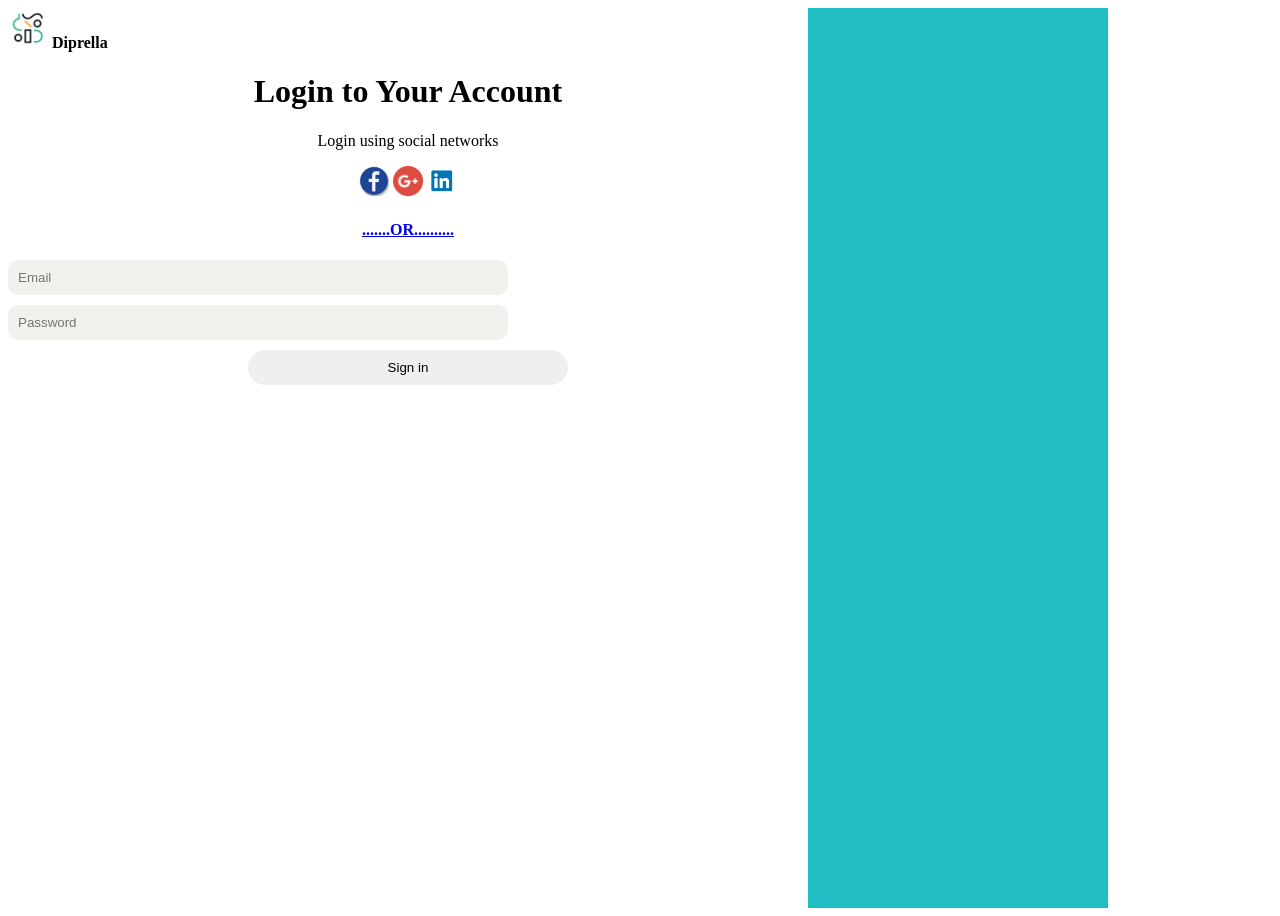
Repository: Tobby004/bdc-assignment-3
Page: task.html
The author's editor kept a copy of each file at every save. The page is drawn from the files as they stood at one save, then again after the next save.
The browser window is 1280 px wide. The pictures show the whole page.

Above is the page before, as saved 2023-02-22 00:38:51.

### task.html
<!DOCTYPE html>
<html lang="en">
<head>
    <meta charset="UTF-8">
    <meta http-equiv="X-UA-Compatible" content="IE=edge">
    <meta name="viewport" content="width=device-width, initial-scale=1.0">
    <title>Document</title>
    <link rel="stylesheet" href="task.css">
</head>
<body>
    <div class="container">
        <div class="box1">
        <header id="logo"><img src="diprella.JPG"height="40px">
        <b>Diprella</b></header>
        <h1>Login to Your Account</h1>
        <p>Login using social networks</p>
        <div class="logo">
        <a href="#"><img src="facebook.png"</a>
        <a href="#"><img src="googe plus.png"</a>
        <a href="#"><img src="linkedin.png"</a>
        </div>
        <h4>.......OR..........</h4>
        <div class="form-input">
        <input type="text" placeholder="Email">
        <input type="Password" placeholder="Password">
        <center><button>Sign in</button></center>
        </div>
        </div>
        <div class="box2"></div>
    </div>
</body>
</html>

### task.css
* {
    box-sizing: border-box;
}
.container{
    display: flex;
}
.box1 {
    background-color: white;
    height: 900px;
    width: 800px;
}
.box2{
    background-color: #20bdc2;
    height: 900px;
    width: 300px;
}
h1 {
    text-align: center;
}
p {
    text-align: center;
}
.logo img {
    height: 30px;
    text-align: center;
}
.logo a {
    text-decoration: none;
}
div .logo {
    text-decoration: none;
    text-align: center;
}
h4 {
    text-align: center;
}
.box1 input {
max-width: 500px;
width: 100%;
margin-left: auto;
margin-right: auto;

}
input  {
  background-color: rgb(241, 241, 238);
   border: none;
   margin-bottom: 10px;
   border-radius: 10px;
   border-bottom: 10px;
   padding: 10px;
   width: 60%

}
 button {
    width: 40%;
    border-radius: 30px;
    margin-left: auto;
    margin-right: auto;
    border: none;
    padding: 10px;
}

After the next save:
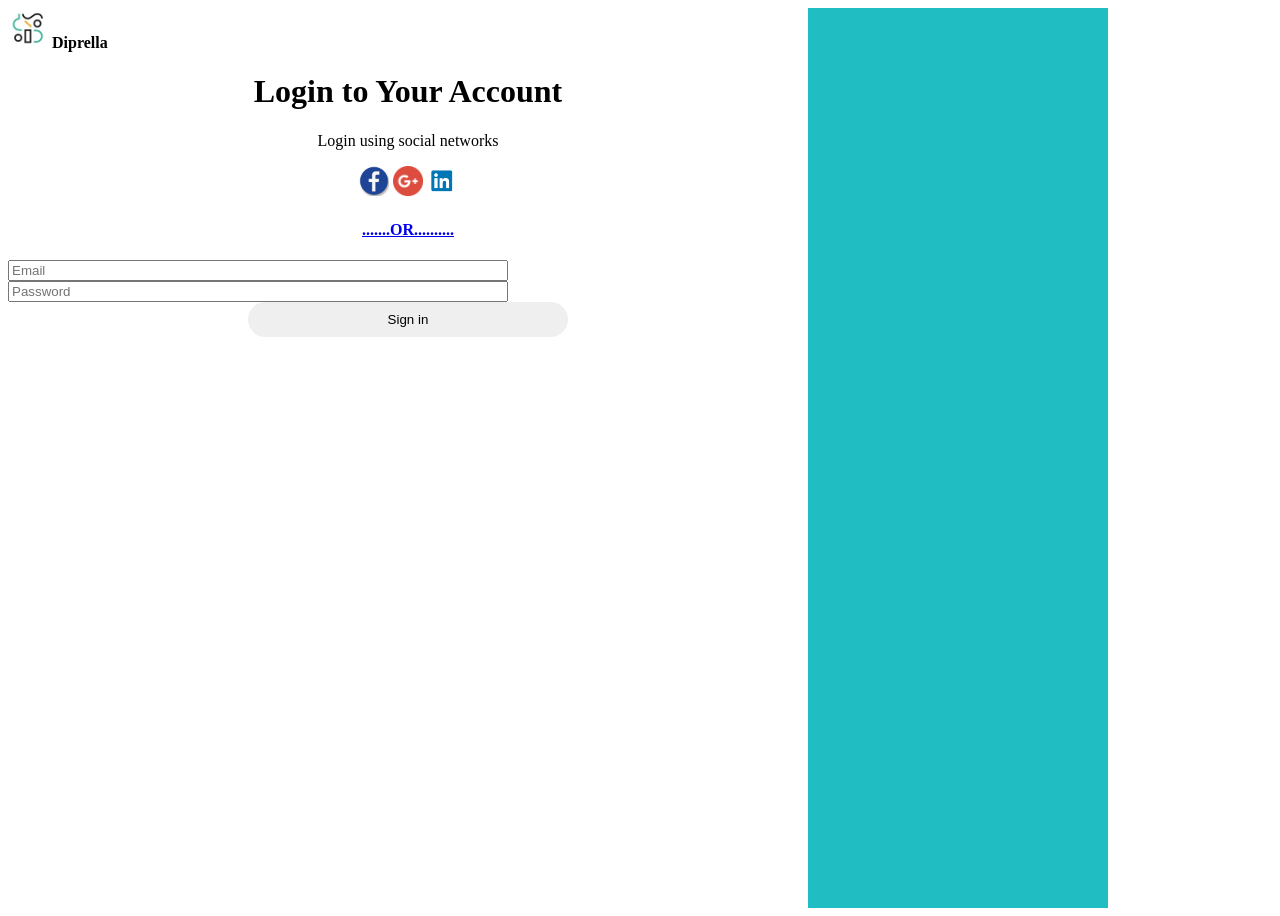
Saved 76 s later.
--- a/task.css
+++ b/task.css
@@ -37,13 +37,12 @@
 .box1 input {
 max-width: 500px;
 width: 100%;
-margin-left: auto;
-margin-right: auto;
-
 }
-input  {
+input p {
   background-color: rgb(241, 241, 238);
    border: none;
+   margin-left: auto;
+   margin-left: auto;
    margin-bottom: 10px;
    border-radius: 10px;
    border-bottom: 10px;

After the save that followed:
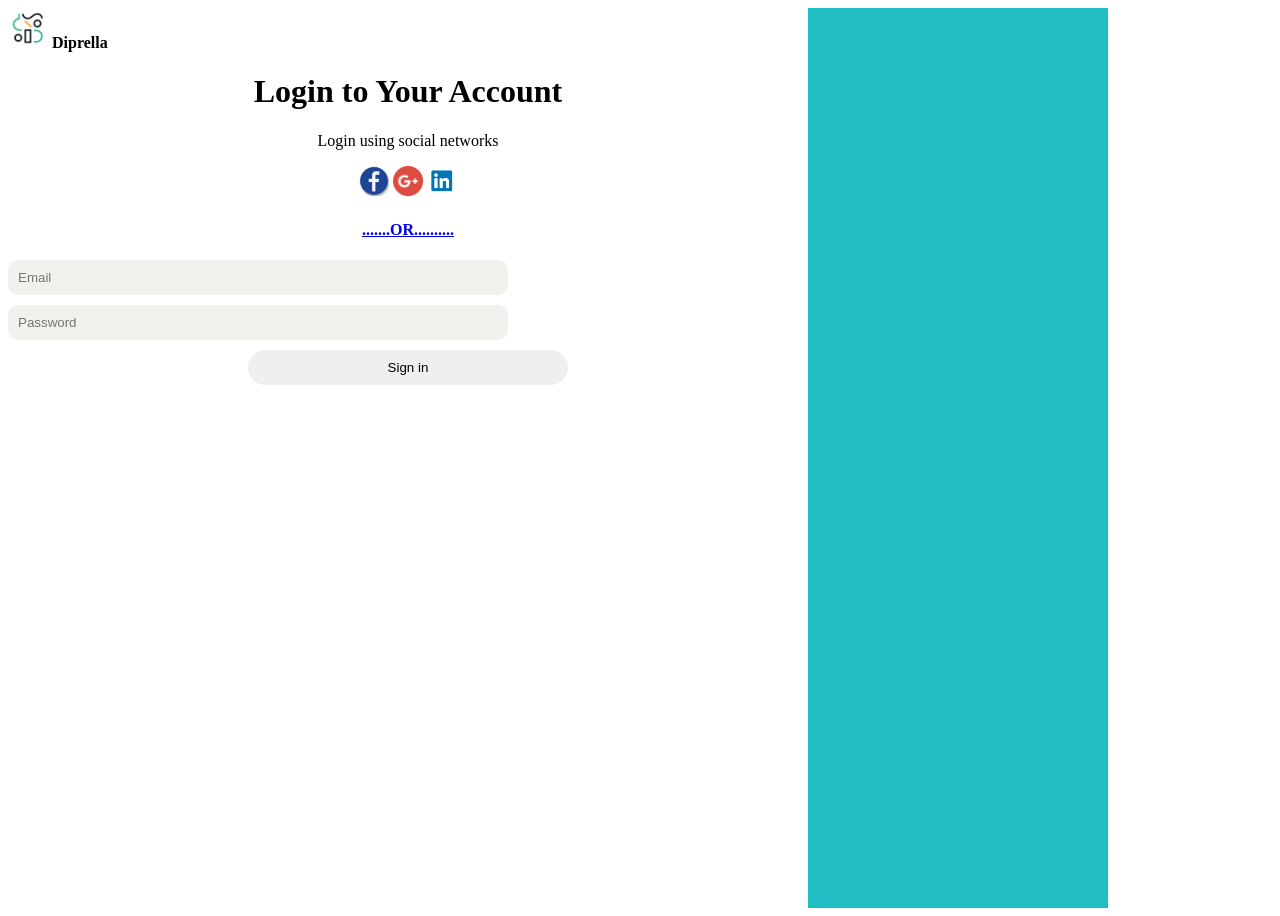
Saved 62 s later.
--- a/task.html
+++ b/task.html
@@ -1,5 +1,5 @@
 <!DOCTYPE html>
-<html lang="en">
+<html lang="en_us">
 <head>
     <meta charset="UTF-8">
     <meta http-equiv="X-UA-Compatible" content="IE=edge">
--- a/task.css
+++ b/task.css
@@ -38,11 +38,9 @@
 max-width: 500px;
 width: 100%;
 }
-input p {
+input  {
   background-color: rgb(241, 241, 238);
    border: none;
-   margin-left: auto;
-   margin-left: auto;
    margin-bottom: 10px;
    border-radius: 10px;
    border-bottom: 10px;
